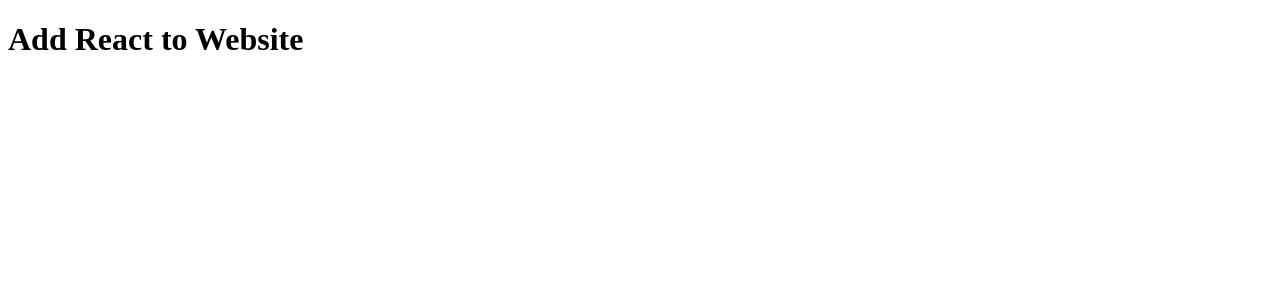
Repository: thuan711/Knowledge-Reacjs
Page: React-Element.html
The author's editor kept a copy of each file at every save. The page is drawn from the files as they stood at one save, then again after the next save.
The browser window is 1280 px wide. The pictures show the whole page.

Above is the page before, as saved 2023-06-09 10:08:44.
Console error: ReferenceError: ReactDOM is not defined

After the next save:
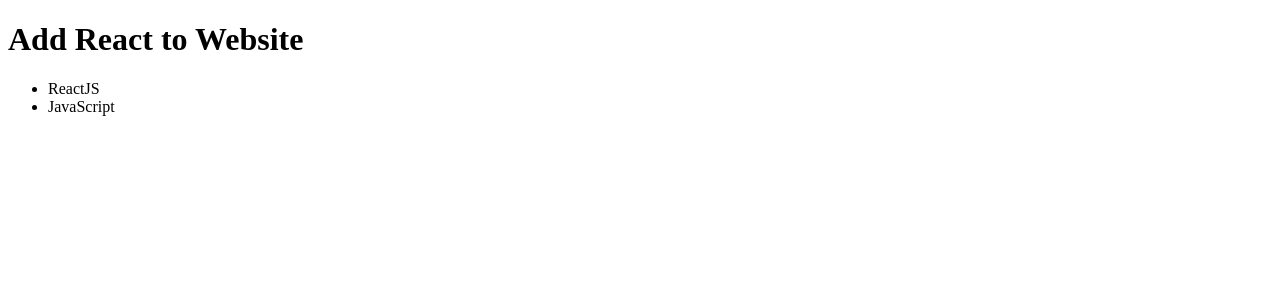
The error is gone.
Saved 46 s later.
--- a/React-Element.html
+++ b/React-Element.html
@@ -6,6 +6,7 @@
     <meta name="viewport" content="width=device-width, initial-scale=1.0">
     <title>ReactJS</title>
     <script src="https://unpkg.com/react@18/umd/react.development.js" crossorigin></script>
+    <script src="https://unpkg.com/react-dom@18/umd/react-dom.development.js" crossorigin></script>
 </head>
 <body>
     <h1>Add React to Website</h1>
